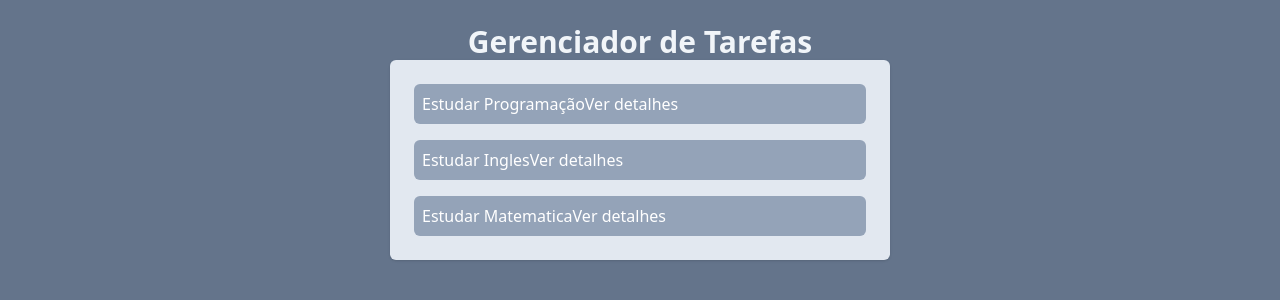
Repository: Rubenslourenco/task-manager-react
Page: /
An editor plug-in stored every save of this project. The page is shown before and after the next save, followed by the edit.
The browser window is 1280 px wide. The pictures show the whole page.
The project was rebuilt for these pictures with package versions that can differ from the ones it lists, and the page was loaded fresh each time. Also part of the build but not shown: vite.config.js.

Above is the page before, as saved 2025-02-04 17:05:32.

After the next save:
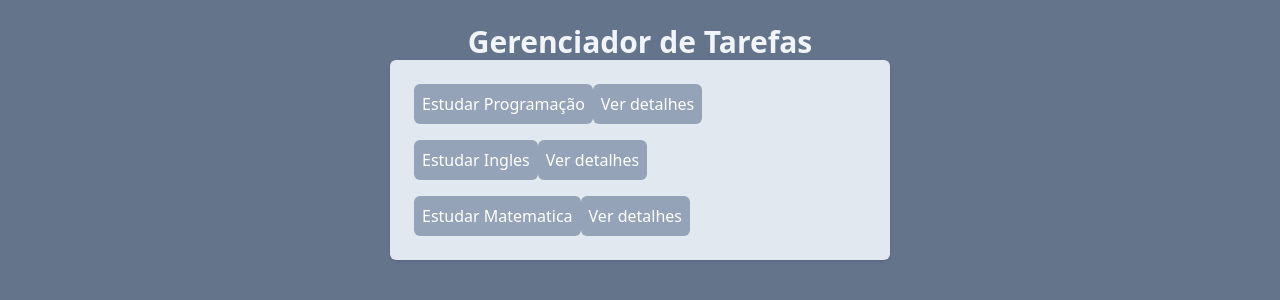
Saved 2 min 5 s later.
--- a/src/components/tasks.jsx
+++ b/src/components/tasks.jsx
@@ -2,9 +2,14 @@ function Tasks(props) {
   return (
     <ul className="space-y-4 p-6 bg-slate-200 rounded-md shadow">
       {props.tasks.map((task) => (
-        <li key={task.id} className="bg-slate-400 text-white p-2 rounded-md">
-          {task.title}
-          <button>Ver detalhes</button>
+        <li key={task.id} className="flex">
+          <button className="bg-slate-400 text-white p-2 rounded-md">
+            {" "}
+            {task.title}{" "}
+          </button>
+          <button className="bg-slate-400 text-white p-2 rounded-md">
+            Ver detalhes
+          </button>
         </li>
       ))}
     </ul>
